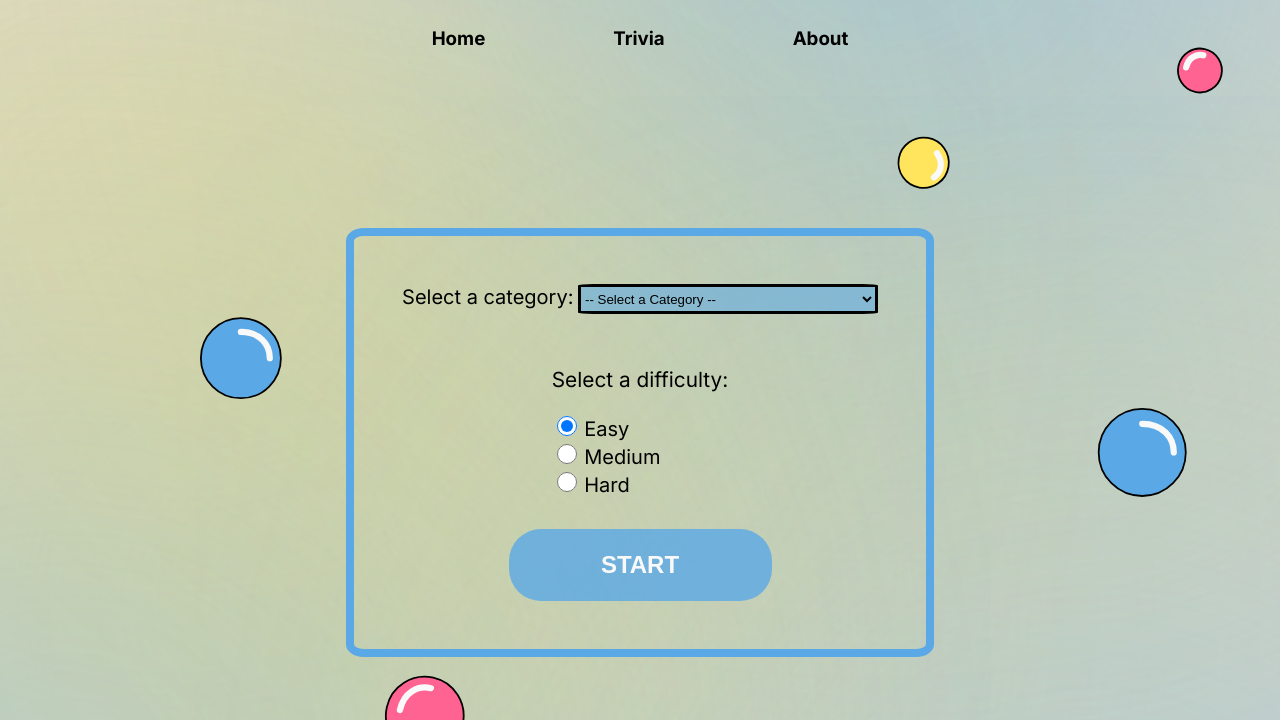
Repository: sierralaurent/SmartiePants
Page: trivia.html
The author's editor kept a copy of each file at every save. The page is drawn from the files as they stood at one save, then again after the next save.
The browser window is 1280 px wide. The pictures show the whole page.
The page's requests for data from a server got no answer.

Above is the page before, as saved 2023-05-21 21:09:41.

### trivia.html
<!DOCTYPE html>
<html lang="en">

<head>
  <link rel="stylesheet" href="trivia.css">
  <meta charset="UTF-8">
  <meta http-equiv="X-UA-Compatible" content="IE=edge">
  <meta name="viewport" content="width= initial-scale=1.0">

  <title>SMARTIEPANTS TRIVIA</title>
</head>

<body>
  <!--NavBar-->
  <div class="navBarContainer">
    <a class="navBarLinks" href="/index.html">
        <h3>Home</h3>
    </a>
    <a class="navBarLinks" href="/trivia.html">
        <h3>Trivia</h3>
    </a>
    <a class="navBarLinks" href="/about.html">
        <h3>About</h3>
    </a>
</div>


  <div class="settingsContainer" style='display: flex;' id="settingsContainer">
    <div>
      <label for="category-dropdown">Select a category:</label>
      <select id="category-dropdown" class="category">
        <option value="">-- Select a Category --</option>
      </select>
    </div>

    <div>
      <p class="selectDiff">Select a difficulty:</p>
      <input type="radio" id="easy" name="difficulty" value="easy" checked>
     <label for="easy">Easy</label><br>
      <input type="radio" id="medium" name="difficulty" value="medium">
     <label for="medium">Medium</label><br>
     <input type="radio" id="hard" name="difficulty" value="hard">
     <label for="hard">Hard</label>
    </div>

    <button class='start-button' id="start-button">START</button>
  </div>

  <div class="container" id="quizContainer" style='display: none;'>
    <div class="container">
      <div id="loader"></div>
      <div id="game">
        <div id="hud">
          <div class="score" id="hud-item">
            <p>
              Score
            </p> &nbsp;
            <p id="score">
              0
            </p>
            </p>
          </div>

          <div class="timer" id="time">
            <div class="circle" style="--clr:#ff2972">
              <div class="dots"></div>
              <svg>
                <circle cx="70" cy="70" r="70" id="dd"></circle>
              </svg>
              <div id="timeLeft">00:00</div>
            </div>
          </div>

          <div class="question-progress" id="hud-item">
            <p id="progressText">
              Question
            </p>
            <div id="progressBar">
              <div id="progressBarFull"></div>
            </div>
          </div>

          <h2 class="question" id="question"></h2>
          <div class="choice-a-b">
            <div class="choice-container">
              <p class="choice-prefix">A </p>
              <p class="choice-text" data-number="1"></p>
            </div>
            <div class="choice-container">
              <p class="choice-prefix">B </p>&nbsp;
              <p class="choice-text" data-number="2"></p>
            </div>
          </div>


          <div class="choice-c-d">
            <div class="choice-container">
              <p class="choice-prefix">C </p>
              <p class="choice-text" data-number="3"></p>
            </div>
            <div class="choice-container">
              <p class="choice-prefix">D </p>
              <p class="choice-text" data-number="4"></p>
            </div>
          </div>

        </div>
      </div>

    </div>


    <script src="trivia.js"></script>
    <script src="timer.js"></script>
</body>
</html>

### trivia.css
@import url('https://fonts.googleapis.com/css2?family=Inter:wght@100;200;300;400;500;600;700;800;900&display=swap');

#time .circle svg {
    position: relative;
    width: 150px;
    height: 150px;
    transform: rotate(270deg);
}

#time .circle svg circle {
    fill: transparent;
    stroke-width: 8;
    stroke: #FF6392;
    transform: translate(5px, 5px);
    stroke-dasharray: 440;
}

#time .circle {
    position: relative;
    width: 150px;
    height: 150px;
    display: flex;
    justify-content: center;
    align-items: center;
}

#time div {
    position: absolute;
    text-align: center;
    font-family: Arial, Helvetica, sans-serif;
    font-weight: bold;
    font-size: 30px;
}

.timer{
    display: flex;
    justify-content: center;
    margin: 25px;
}

body{
    display: flex;
    flex-direction: column;
    justify-content: center;
    align-items: center;
    background-image: url('./background.svg');
    background-size: cover;
    font-family: 'Inter', sans-serif;
    gap: 10rem;
}

.timer{
    display: flex;
    justify-content: center;
    margin: 25px;
}

.container{
    display: flex;
    justify-content: center;
    text-align: center;
    font-family: Arial, Helvetica, sans-serif;
}

.choice-container{
display: flex;
align-items: center;
background-color: rgba(90, 169, 230, 1);
margin: 20px;
justify-content: center;
font-size: 24px;
padding: 20px;
border-radius: 20px;
color: white;
width: 360px;
height: 40px;
font-weight: bold;
user-select: none;
}

.choice-a-b{
display: flex;
 justify-content: center;
}

.choice-c-d{
display: flex;
 justify-content: center;
}

.choice-prefix{
width: 70px;
height: 70px;
border-radius: 100%;
background: #FF6392;
color: white;
display: flex;
align-items: center;
justify-content: center;
font-size: 20px;
margin-right: 20px;
}

.choice-text{
 margin-left: 20px;
 cursor: pointer;
}

.question{
width: 700px;
font-size: 25px;
padding: 20px;
margin: 0 auto;
margin-top:30px;
position: relative;
bottom: 20px;
}

.question-progress{
display: flex;
justify-content: center;
background-color:  rgba(90, 169, 230, 1);
border-radius: 49px;
width: 220px;
margin: 0 auto;
font-weight: bold;
color: white;

}

.score{
display: flex;
justify-content: center;
font-weight: bold;
font-size: 20px;
}

.mainContainer {
    display: flex;
    flex-direction: column;
    justify-content: center;
    align-items: center;
    padding: 10%;
    gap: 3rem;
}
.categoryContainer {
    padding-left: 20%;
    align-items: center;
    justify-content: center;

}

.difficultyContainer {
    padding: 5%;
    gap: 5%;
}
label {
    font-size: 20px;
}
input {
    cursor: pointer;
    height: 20px;
    width: 20px;
}
select {
    background-color:  rgba(90, 169, 230, 0.8);
}

.startButton {
    width: 16.438rem;
    height: 4.5rem;
    border-radius: 2rem;
    background-color: rgba(90, 169, 230, 0.8);
    border: none;
    color: #F9F9F9;
    font-size: 1.5rem;
    font-weight: 700;
    transition: 0.2s;
    user-select: none;
    cursor: pointer;
}

.startButton:hover {
    background-color: rgba(90, 169, 230, 1);
    transition: 0.2s;
    transform: translateY(-5px);
}

.startButton:active {
    background-color: rgba(90, 169, 230, 1);
    transition: 0.2s;
    transform: translateY(5px)
}

/* navBar Styles */
.navBarContainer {
    display: flex;
    gap: 8rem;
    font-weight: 400;
    flex-wrap: wrap;
}

.navBarLinks {
    text-decoration: none;
    transition: 0.2s;
    cursor: pointer;
    user-select: none;
    color: black;
}

.navBarLinks:hover {
    transition: 0.2s;
    transform: translateY(-5px)
}

.navBarLinks:active {
    transition: 0.2s;
    transform: translateY(5px)
}

.settingsContainer{
border: .5rem solid;
border-color: #5AA9E6;
border-radius: 3%;
padding: 3rem;
display: flex;
justify-content: center;
align-items: center;
flex-direction: column;
gap: 2rem;
}

.category {
    background-color: rgba(90, 169, 230, 0.555);
    width: 300px;
    height: 30px;
    border: .2rem solid;
    border-radius: 5%;
}

.start-button{
    text-decoration: none;
    width: 16.438rem;
    height: 4.5rem;
    border-radius: 2rem;
    background-color: rgba(90, 169, 230, 0.8);
    border: none;
    color: #F9F9F9;
    font-size: 1.5rem;
    font-weight: 700;
    transition: 0.2s;
    user-select: none;
    cursor: pointer;
}

.selectDiff{
    font-size: 1.3rem;
}

### trivia.js
// get the dropdown input and turns it into const
const categoryDropdown = document.getElementById("category-dropdown");
let display = '';
// fetches categories from api
fetch("https://opentdb.com/api_category.php")
  .then(response => response.json())
  .then(data => {
    // sets categories value to the data in the trivia_categories json from api
    const categories = data.trivia_categories;
    // sorts categories alphabetically
    categories.sort((a, b) => a.name.localeCompare(b.name));
    categories.forEach(category => {
      // for each category, it creates an element in the dropdown
      const option = document.createElement("option");
      option.value = category.id;
      option.text = category.name;
      categoryDropdown.add(option);
    });
  })
  // catches any errors
  .catch(error => console.error(error));

const startButton = document.getElementById("start-button");
const difficultyRadios = document.getElementsByName("difficulty");
let url = '';
let userResponses = []; // Variable to store user's question and answer responses

// event listener for the start button. runs startQuiz function
startButton.addEventListener("click", startQuiz);

userResponses = []
//sets the category to the value of what user picked in dropdown
function startQuiz() {
  const category = categoryDropdown.value;
  // sets difficulty based on what user picked in radio buttons
  const difficulty = getSelectedRadioValue(difficultyRadios);
  //the url of what questions the api will give based on category and difficulty user picked
  url = `https://opentdb.com/api.php?amount=10&type=multiple${category ? `&category=${category}` : ""}${difficulty ? `&difficulty=${difficulty}` : ""}`;

  const quizContainer = document.getElementById("quizContainer");
  const settingsContainer = document.getElementById("settingsContainer")

  if (quizContainer.style.display === 'none') {
    settingsContainer.style.display = 'none'
    quizContainer.style.display = 'flex';
  } else {
    quizContainer.style.display === 'none';
    settingsContainer.style.display = 'flex'
  }

  const question = document.getElementById('question');
  const choices = Array.from(document.getElementsByClassName('choice-text'));
  const progressText = document.getElementById('progressText');
  const scoreText = document.getElementById('score');
  const progressBarFull = document.getElementById('progressBarFull');
  let currentQuestion = {};
  let acceptingAnswers = false;
  let score = 0;
  let questionCounter = 0;
  let availableQuesions = [];
  let questions = [];

  fetch(
    `${url}`
  )
    .then((res) => {
      return res.json();
    })
    .then((loadedQuestions) => {
      questions = loadedQuestions.results.map((loadedQuestion) => {
        const formattedQuestion = {
          question: decodeHTML(loadedQuestion.question),
        };

        const answerChoices = [...loadedQuestion.incorrect_answers];
        formattedQuestion.answer = Math.floor(Math.random() * 4) + 1;
        answerChoices.splice(
          formattedQuestion.answer - 1,
          0,
          loadedQuestion.correct_answer
        );

        answerChoices.forEach((choice, index) => {
          formattedQuestion['choice' + (index + 1)] = decodeHTML(choice);;
        });

        return formattedQuestion;
      });
      startGame();
    })
    .catch((err) => {
      console.error(err);
    });

  //CONSTANTS
  const CORRECT_BONUS = 10;
  const MAX_QUESTIONS = 10;

  startGame = () => {
    questionCounter = 0;
    score = 0;
    availableQuesions = [...questions];
    getNewQuestion();
  };

  getNewQuestion = () => {
    if (availableQuesions.length === 0 || questionCounter >= MAX_QUESTIONS) {
      localStorage.setItem('mostRecentScore', score);
      localStorage.setItem('userResponses', JSON.stringify(userResponses)); // Store user responses in local storage
      //go to the end page
      return window.location.assign('/results.html');
    }
    questionCounter++;
    progressText.innerText = `Question ${questionCounter}/${MAX_QUESTIONS}`;
    //Update the progress bar
    progressBarFull.style.width = `${(questionCounter / MAX_QUESTIONS) * 100}%`;

    const questionIndex = Math.floor(Math.random() * availableQuesions.length);
    currentQuestion = availableQuesions[questionIndex];
    question.innerText = currentQuestion.question;

    choices.forEach((choice) => {
      const number = choice.dataset['number'];
      choice.innerText = currentQuestion['choice' + number];
    });

    availableQuesions.splice(questionIndex, 1);
    acceptingAnswers = true;
  };

  choices.forEach((choice) => {
    choice.addEventListener('click', (e) => {
      if (!acceptingAnswers) return;

      acceptingAnswers = false;
      const selectedChoice = e.target;
      const selectedAnswer = selectedChoice.dataset['number'];

      const classToApply =
        selectedAnswer == currentQuestion.answer ? 'correct' : 'incorrect';

      if (classToApply === 'correct') {
        incrementScore(CORRECT_BONUS);
      }

      selectedChoice.parentElement.classList.add(classToApply);

      // Store user's question and answer response
      userResponses.push({
        question: currentQuestion.question,
        answer: currentQuestion['choice' + selectedAnswer],
        correct_answer: currentQuestion['choice' + currentQuestion.answer]
      });


      setTimeout(() => {
        selectedChoice.parentElement.classList.remove(classToApply);
        getNewQuestion();
      }, 1000);
    });
  });

  incrementScore = (num) => {
    score += num;
    scoreText.innerText = score;
  };


  console.log(url);
}

function getSelectedRadioValue(radios) {
  for (let i = 0; i < radios.length; i++) {
    if (radios[i].checked) {
      return radios[i].value;
    }
  }
  return null;
}

function decodeHTML(html) {
  const txt = document.createElement("textarea");
  txt.innerHTML = html;
  return txt.value;
}

### timer.js
let timeLeft = document.getElementById("timeLeft");
let countdownCircle = document.getElementById('dd');
let dots = document.querySelector('.dots');
let endTime = new Date();

let x;

function startTimer() {

  document.getElementById("settingsContainer").style.display = "none";
  document.getElementById("quizContainer").style.display = "block";


  endTime = new Date();
  endTime.setMinutes(endTime.getMinutes() + 5);


  x = setInterval(function() {
    let now = new Date().getTime();
    let distance = endTime - now;

    let minutes = Math.floor((distance % (1000 * 60 * 60)) / (1000 * 60));
    let seconds = Math.floor((distance % (1000 * 60)) / 1000);

    timeLeft.innerHTML = minutes.toString().padStart(2, '0') + ":" +
      seconds.toString().padStart(2, '0');

    let radius = (distance / (endTime - now)) * 70;
    countdownCircle.setAttribute('r', radius);

    if (distance <= 0) {
      clearInterval(x);
      timeLeft.innerHTML = "00:00";
      showAlert();
    }

    dd.style.strokeDashoffset = 440 - (440 * (distance / (5 * 60 * 1000)));

  }, 1000);
}

function showAlert() {
  alert("Time is over");
  window.location.href = "results.html";
}


document.getElementById("start-button").addEventListener("click", startTimer);

After the next save:
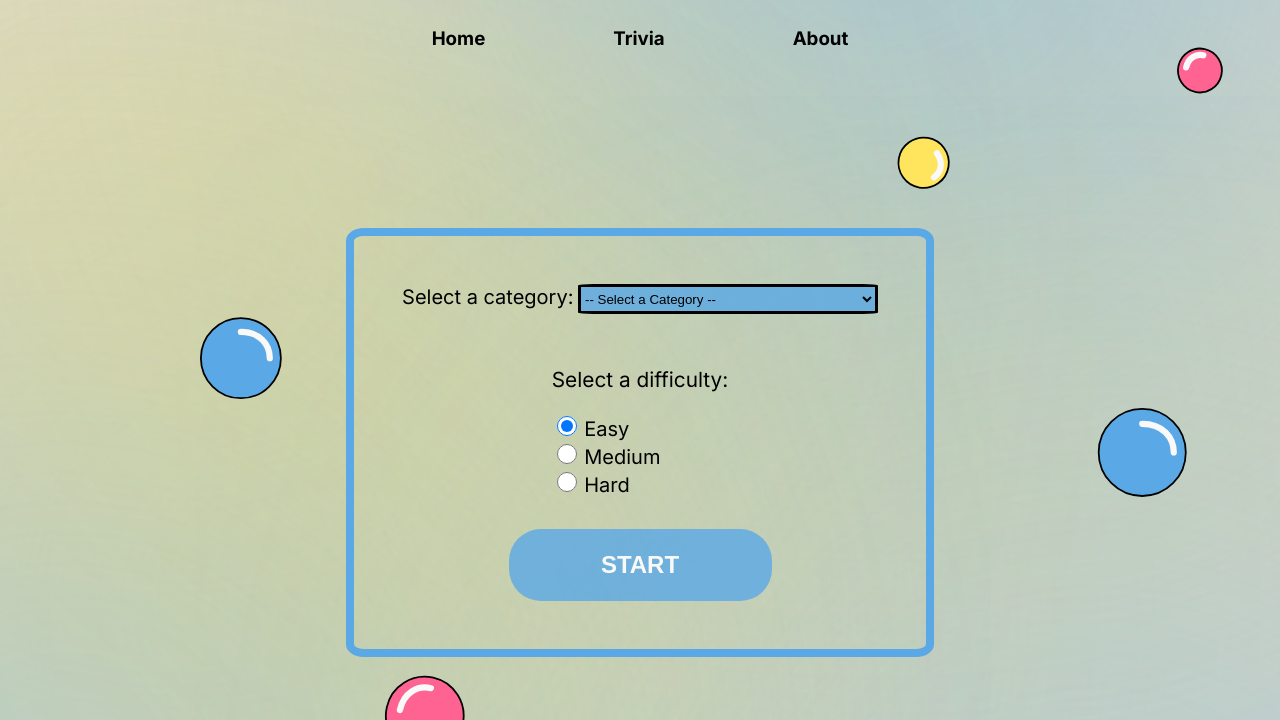
Saved 17 s later.
--- a/trivia.css
+++ b/trivia.css
@@ -231,7 +231,7 @@ gap: 2rem;
 }
 
 .category {
-    background-color: rgba(90, 169, 230, 0.555);
+    background-color: rgba(90, 169, 230, 0.808);
     width: 300px;
     height: 30px;
     border: .2rem solid;
